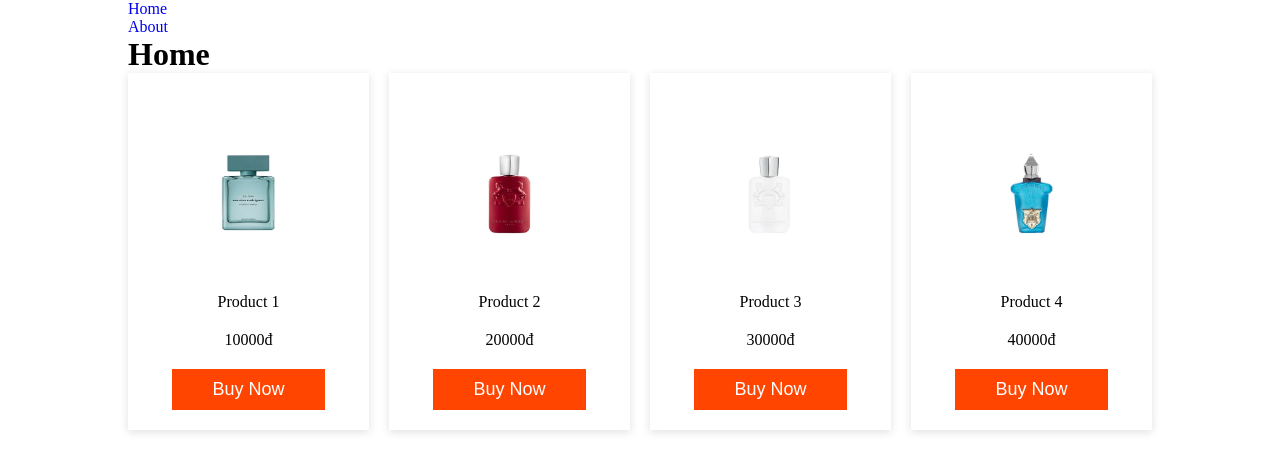
Repository: tuankiet10920/vuejs
Page: /
These files come from the project's save history. The page is drawn as it stood at one moment and after the next save; the edit follows.
The browser window is 1280 px wide. The pictures show the whole page.
The project was rebuilt for these pictures with package versions that can differ from the ones it lists, and the page was loaded fresh each time. Also part of the build but not shown: vite.config.js.

Above is the page before, as saved 2024-08-23 11:53:13.

### index.html
<!DOCTYPE html>
<html lang="en">
  <head>
    <meta charset="UTF-8">
    <link rel="icon" href="/favicon.ico">
    <meta name="viewport" content="width=device-width, initial-scale=1.0">
    <title>Vite App</title>
    <style>
      *{
        margin: 0;
        padding: 0;
        box-sizing: border-box;
        list-style: none;
        text-decoration: none;
      }
      body{
        width: 100%;
        display: flex;
        justify-content: center;
      }
      #app{
        width: 80%;
      }
    </style>
  </head>
  <body>
    <div id="app"></div>
    <script type="module" src="/src/main.js"></script>
  </body>
</html>

### src/App.vue
<script setup>
import { RouterLink, RouterView } from 'vue-router'


</script>

<template>
<!-- <RouterLink to="/">Home</RouterLink> -->
  <header>
    <ul>
      <li>
        <RouterLink to="/">Home</RouterLink>
      </li>
      <li>
        <RouterLink to="/about">About</RouterLink>
      </li>
    </ul>
  </header>
  <RouterView/>
</template>

### src/router/index.js
import { createRouter, createWebHistory } from 'vue-router'

const router = createRouter({
  history: createWebHistory(import.meta.env.BASE_URL),
  routes: [
    {
      path: '/',
      name: 'home',
      component: () => import('../views/HomeView.vue')
    },
    {
      path: '/about',
      name: 'about',
      component: () => import('../views/AboutView.vue')
    }
  ]
})

export default router

### src/views/HomeView.vue
<script setup>
    import Products from "../components/products.vue";


</script>

<template>
  <h1>Home</h1>
  <!-- products -->
  <Products/>


</template>

### src/components/products.vue
<script setup>
    import ProductComponent from './product.vue';
    import lsProduct from '../../public/data/lsProduct.json';


    let string = 'Hello World!';
    let data = lsProduct;
    console.log(data);


</script>

<template>

    <div class="products">
        <ProductComponent v-for="el in data" :key="el.id" :id="el.id" :name="el.name" :image="el.image" :price="el.price"/>
        <!-- <ProductComponent/>
        <ProductComponent/>
        <ProductComponent/>
        <ProductComponent/> -->
    </div>
</template>

<style scoped>
    .products{
        width: 100%;
        display: grid;
        grid-template-columns: repeat(auto-fit, minmax(calc(100% / 5), 1fr));
        gap: 20px;
    }
</style>

### src/components/product.vue
<script setup>
    import buttonComponent from './button.vue';

    const props = defineProps({
        id : Number,
        name : String,
        price : Number,
        image : String,
        key : Number
    });
    console.log(props.key);

    const srcImage ="../../public/img/" + props.image;


</script>

<template>
    <div class="box">
        <div class="image">
            <img :src="srcImage" alt="">
        </div>
        <div class="content">
            <div class="name">
                <p>{{ name }}</p>
            </div>
            <div class="price">
                <p>{{ price }}đ</p>
            </div>
            <buttonComponent/>
        </div>
    </div>
</template>

<style scoped>
    .box{
        width: 100%;
        box-shadow: rgba(99, 99, 99, 0.2) 0px 2px 8px 0px;
        padding: 20px 0px;
        transition: all .3s ease-in-out;
    }
    .box:hover img{
        transform: scale(1.2);
    }
    .box:hover{
        box-shadow: rgba(0, 0, 0, 0.25) 0px 54px 55px, rgba(0, 0, 0, 0.12) 0px -12px 30px, rgba(0, 0, 0, 0.12) 0px 4px 6px, rgba(0, 0, 0, 0.17) 0px 12px 13px, rgba(0, 0, 0, 0.09) 0px -3px 5px;
    }
    .image{
        width: 100%;
        height: 200px;
        display: flex;
        justify-content: center;
        align-items: center;
    }
    .image img{
        width: 70%;
        height: 80%;
        transition: all .3s ease-in-out;
    }
    .content{
        text-align: center;
    }
    .price{
        margin: 20px 0px;
    }
</style>

### public/data/lsProduct.json
[
    {
        "id" : 1,
        "name" : "Product 1",
        "price" : 10000,
        "image" : "product-1.webp"
    },
    {
        "id" : 2,
        "name" : "Product 2",
        "price" : 20000,
        "image" : "product-2.webp"
    },
    {
        "id" : 3,
        "name" : "Product 3",
        "price" : 30000,
        "image" : "product-3.webp"
    },
    {
        "id" : 4,
        "name" : "Product 4",
        "price" : 40000,
        "image" : "product-4.webp"
    }
]

### src/components/button.vue


<template>
    <button type="button" class="button-component">
        Buy Now
    </button>
</template>

<style scoped>
    .button-component{
        border: none;
        background: orangered;
        color: #fff;
        font-size: 18px;
        padding: 10px 40px;
        transition: all .3s ease-in-out;
        width: fit-content;
    }
    .button-component:hover{
        background: brown;
        border-radius: 20px;
    }
</style>

Loaded but not shown: src/main.js (common file)

After the next save:
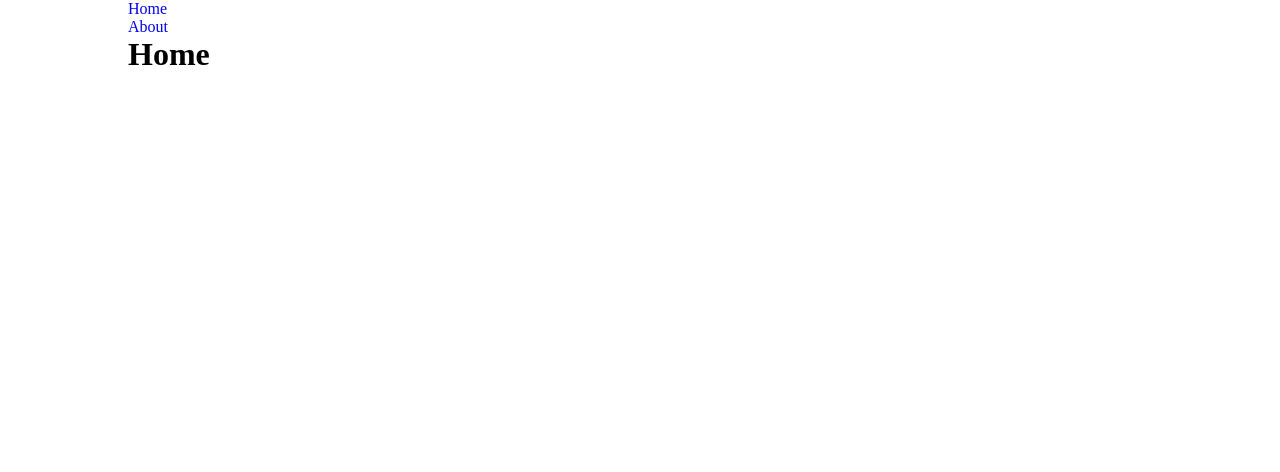
Console error: ReferenceError: key is not defined
Saved 81 s later.
--- a/src/components/product.vue
+++ b/src/components/product.vue
@@ -8,7 +8,7 @@
         image : String,
         key : Number
     });
-    console.log(props.key);
+    console.log(key);
 
     const srcImage ="../../public/img/" + props.image;
 

After the save that followed:
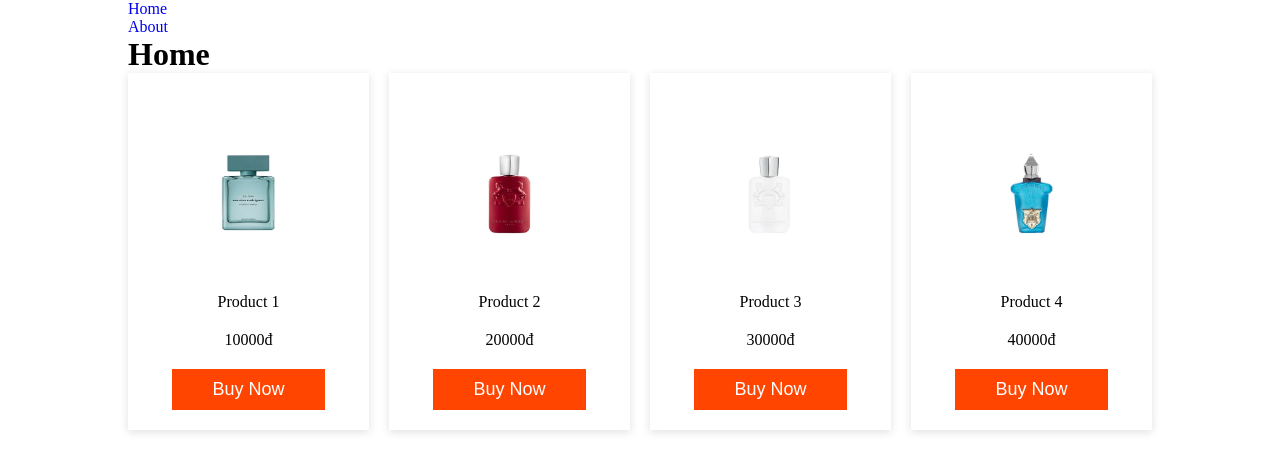
The error is gone.
Saved 7 s later.
--- a/src/components/product.vue
+++ b/src/components/product.vue
@@ -8,7 +8,7 @@
         image : String,
         key : Number
     });
-    console.log(key);
+    console.log(props.key);
 
     const srcImage ="../../public/img/" + props.image;
 
